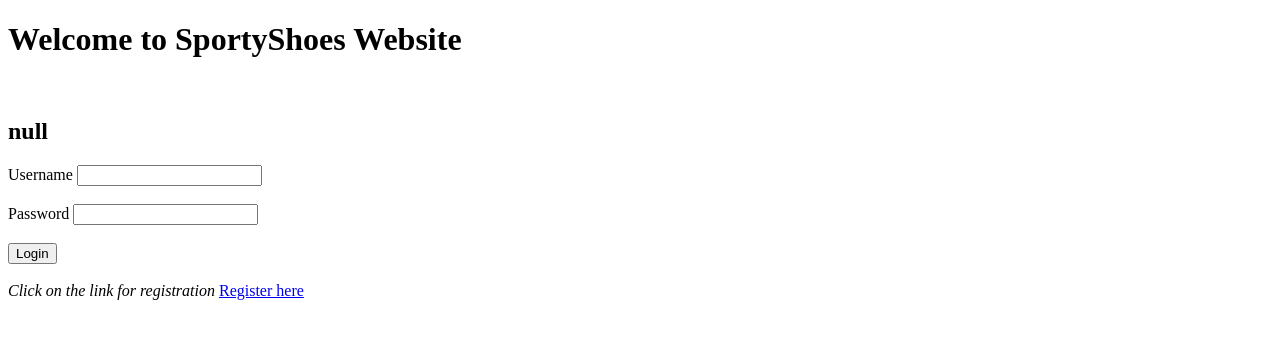
Repository: SwatiJajoriya/JPAForeignKey
Page: http://localhost/SportyShoes/userlogin.jsp
An editor plug-in stored every save of this project. The page is shown before and after the next save, followed by the edit.
The browser window is 1280 px wide. The pictures show the whole page.
The page is served by Tomcat 9.

Above is the page before, as saved 2023-01-29 11:42:17.

After the next save:
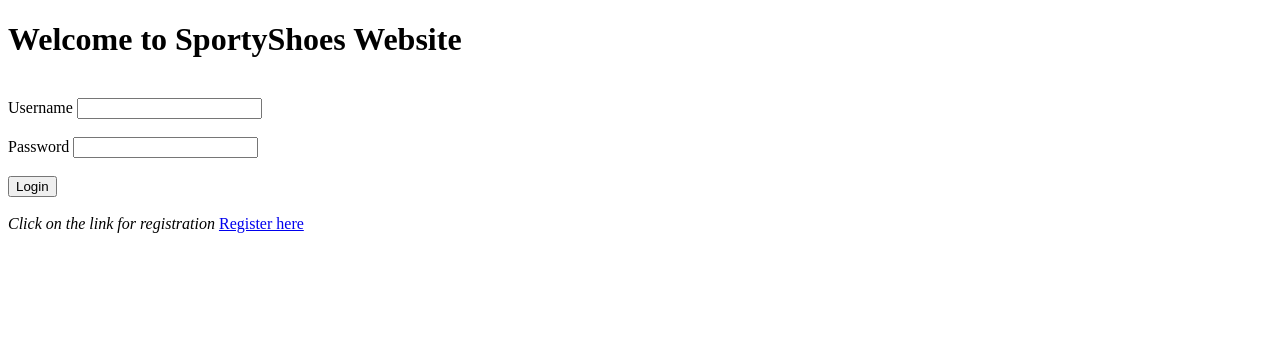
Saved 4 min 47 s later.
--- a/SportyShoes/src/main/webapp/userlogin.jsp
+++ b/SportyShoes/src/main/webapp/userlogin.jsp
@@ -12,7 +12,7 @@
 
 <h1>Welcome to SportyShoes Website</h1>
 <br>
-<h2><%=request.getAttribute("msg")%></h2>
+
 
 <form action="userlogin">
 
